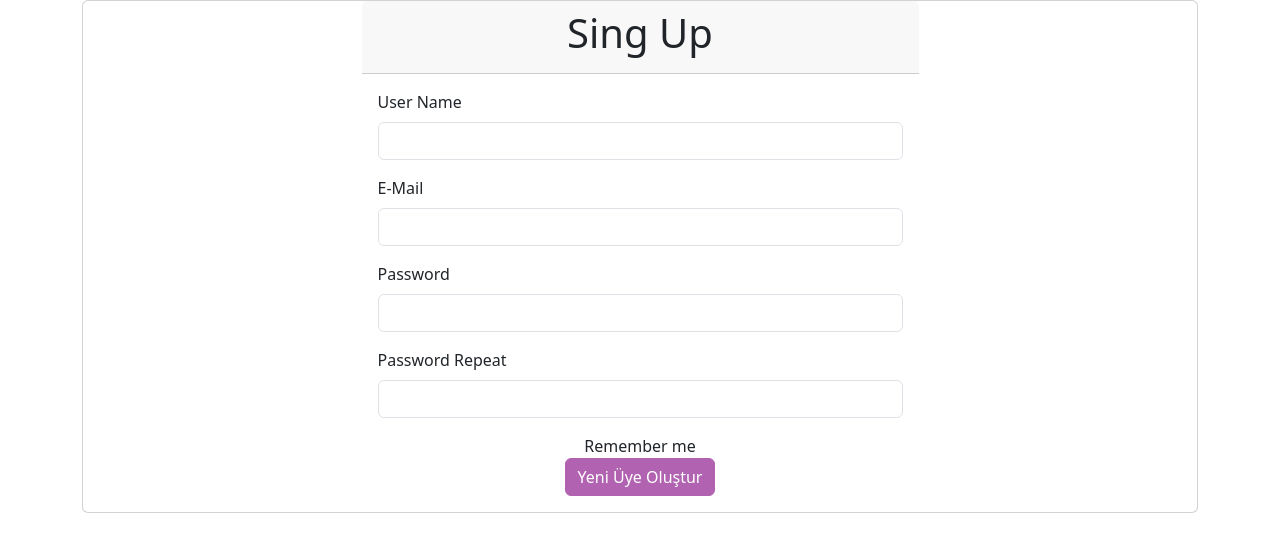
Repository: gursoyfahrettin20/startupProjectWeb
Page: /signup
An editor plug-in stored every save of this project. The page is shown before and after a run of saves, followed by the edit.
The browser window is 1280 px wide. The pictures show the whole page.
The project was rebuilt for these pictures with package versions that can differ from the ones it lists, and the page was loaded fresh each time. Also part of the build but not shown: vite.config.js.

Above is the page before, as saved 2024-01-17 01:25:04.

### index.html
<!doctype html>
<html lang="en">
  <head>
    <meta charset="UTF-8" />
    <link rel="icon" type="image/svg+xml" href="/vite.svg" />
    <meta name="viewport" content="width=device-width, initial-scale=1.0" />
    <title>Başlangıç Projesi</title>
  </head>
  <body>
    <div id="root"></div>
    <script type="module" src="/src/index.jsx"></script>
  </body>
</html>

### src/index.jsx
import * as React from 'react';
import { StrictMode } from 'react';
import { createRoot } from 'react-dom/client';
import SignUp from "./pages/SignUp"
import './index.scss'

const rootElement = document.getElementById('root');
const root = createRoot(rootElement);

root.render(
  <StrictMode>
    <SignUp/>
  </StrictMode>,
)

### src/pages/SignUp/index.jsx
import React, { useState, useEffect } from 'react';
import _ from 'lodash';
import { Spin } from 'antd';
import { LoadingOutlined } from '@ant-design/icons';
import { singUp } from "../../api/apiCalls.js";
import { FormItem } from "../../components/formItem/formItem.jsx";

function index() {
    const [username, setUsername] = useState();
    const [email, setEmail] = useState();
    const [password, setPassword] = useState();
    const [passwordRepeat, setPasswordRepeat] = useState();
    const [succesMessage, setSuccesMessage] = useState();
    const [submittable, setSubmittable] = useState(false);
    const [apiProgress, setApiProgress] = useState(false);
    const [errors, setErrors] = useState({});
    const [generalErrors, setGeneralErrors] = useState({});

    useEffect(() => {
        setErrors({})
    }, [username])

    const onSubmit = async (event) => {
        event.preventDefault();
        setSuccesMessage();
        setGeneralErrors();
        setApiProgress(true);
        const data = {
            username: username,
            email: email,
            password: password
        };
        try {
            const response = await singUp(data);
            setSuccesMessage(response.data?.message)
            setUsername();
            setPassword();
            setPasswordRepeat();
            setEmail();
        } catch (responseError) {
            if (responseError.response?.data && responseError.response?.data.status === 400) {
                setErrors(responseError.response?.data.validationErrors)
            }
            else {
                setGeneralErrors("Tahmin Edilemeyen Hatalarda gösterilecektir. / Unexpected error occured. Pleace try again.");
            }
        } finally {
            setApiProgress(false);
        }
    }

    // TODO: Sign Up butonu disabled durumlarına bakıyor.
    useEffect(() => {
        let _submittable = false;
        if (_.isUndefined(password) || _.isNull(password) || _.isEmpty(password)) {
            _submittable = false;
        } else if (password === passwordRepeat) {
            _submittable = true;
        }
        setSubmittable(_submittable);
    });


    return (
        <div className='container'>
            <form className='card' onSubmit={onSubmit}>
                <div className='col-lg-6 offset-lg-3 col-sm-8 offset-sm-2'>
                    <div className='text-center card-header'>
                        <h1>Sing Up</h1>
                    </div>
                    <div className='card-body'>
                        <FormItem
                            name="username"
                            label="User Name"
                            errors={errors.username}
                            onChange={(e) => setUsername(e.target.value)}
                        />
                        <FormItem
                            name="email"
                            label="E-Mail"
                            errors={errors.email}
                            onChange={(e) => setEmail(e.target.value)}
                        />
                        <FormItem
                            name="password"
                            label="Password"
                            errors={errors.password}
                            type="password"
                            onChange={(e) => setPassword(e.target.value)}
                        />
                        <FormItem
                            name="passwordRepeat"
                            label="Password Repeat"
                            errors={errors.passwordRepeat}
                            type="password"
                            onChange={(e) => setPasswordRepeat(e.target.value)}
                        />
                        <div className='text-center'>
                            <checkbox type="checkbox">Remember me</checkbox>
                        </div>
                        <div className='text-center'>
                            <button className='btn btn-primary' disabled={apiProgress ? apiProgress : !submittable}>
                                <Spin style={{ display: apiProgress ? "inline" : "none" }}
                                    indicator={<LoadingOutlined style={{ fontSize: 24, marginRight: 15 }} spin />} />
                                {apiProgress ? "Yeni Üye Oluşturuluyor..." : "Yeni Üye Oluştur"}
                            </button>
                        </div>
                    </div>
                </div>
            </form >
        </div >
    );
}
export default index;

### src/index.scss
$primary: #818;

@import "../node_modules/bootstrap/scss/bootstrap.scss";

### src/api/apiCalls.js
import axios from "axios";

export const changeLanguage = lang => {
    axios.defaults.headers['accept-language'] = lang;
}

export const getBaseUrl = () => {
     return import.meta.env.VITE_REACT_APP_REST_SERVICE_URL;
}

export const saveUser = body => {
    return axios.post(getBaseUrl() + '/users', body);
}

export const singUp = body => {
    return axios.post(getBaseUrl() + '/users', body);
}

export const login = data => {
    return axios.post(getBaseUrl() + '/auth', {}, {auth: data});
}

export const getUsers = (page, size) => {
    return axios.get(getBaseUrl() + `/users?currentPage=${page ? page : 0}&pageSize=${size ? size : 3}`);
}

export const setAuthorizationHeader = ({username, password, isLoggedIn}) => {
    if (isLoggedIn) {
        let authorizationHeaderValue = `Basic ${btoa(username + ':' + password)}`
        axios.defaults.headers['Authorization'] = authorizationHeaderValue;
    } else {
        delete axios.defaults.headers['Authorization'];
    }
}

export const getUser = (userName) => {
    return axios.get(getBaseUrl() + `/users/${userName}`);
}

export const updateUser = (userName, body) => {
    return axios.put(getBaseUrl() + `/users/${userName}`, body);
}

export const postHoax = hoax => {
    return axios.post(getBaseUrl() + "/hoaxes", hoax);
}

export const getHoaxes = (userName, page = 0) => {
    const path = userName ? `/users/${userName}/hoaxes?currentPage=` : "/hoaxes?currentPage="
    return axios.get(getBaseUrl() + path + page);
}

export const getOldHoaxes = (id, userName) => {
    const path = userName ? `/users/${userName}/hoaxes/${id}` : `/hoaxes/${id}`;
    return axios.get(getBaseUrl() + path);
}

### src/components/formItem/formItem.jsx
import React, { useState } from 'react';

export function FormItem({ name, label, onChange, errors, type }) {

    return (
        <div className='mb-3'>
            <label className='form-label' htmlFor={name}> {label} </label>
            <input id={name} className={errors ? 'form-control is-invalid' : 'form-control'} type={type ? type : "text"} onChange={onChange} />
            <div className='invalid-feedback'>{errors}</div>
        </div>
    );
}

export default FormItem;

After the next 5 saves:
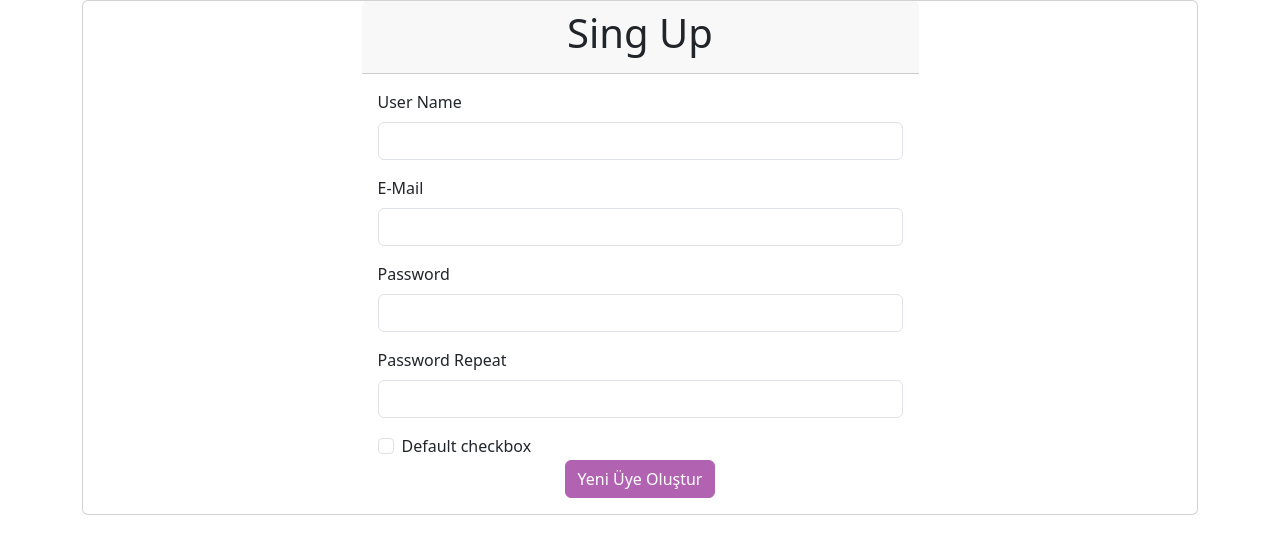
The 5 saves are shown as one change because 4 did not build or start.
The last was saved 3 min 36 s later.
--- a/src/pages/SignUp/index.jsx
+++ b/src/pages/SignUp/index.jsx
@@ -95,8 +95,11 @@ function index() {
                             type="password"
                             onChange={(e) => setPasswordRepeat(e.target.value)}
                         />
-                        <div className='text-center'>
-                            <checkbox type="checkbox">Remember me</checkbox>
+                        <div class="form-check">
+                            <input className="form-check-input" type="checkbox" value="" id="flexCheckDefault"/>
+                                <label className="form-check-label" for="flexCheckDefault">
+                                    Default checkbox
+                                </label>
                         </div>
                         <div className='text-center'>
                             <button className='btn btn-primary' disabled={apiProgress ? apiProgress : !submittable}>
